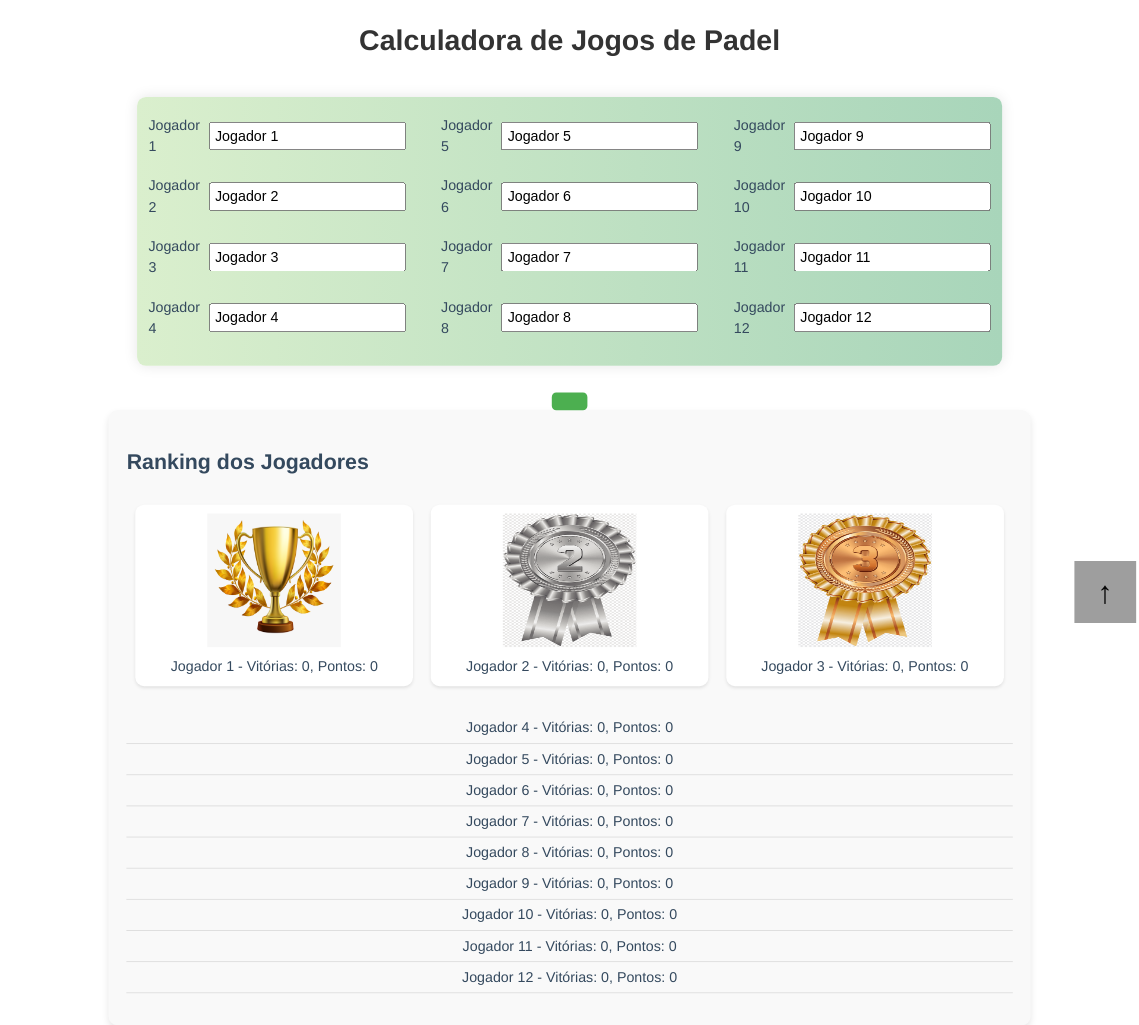
Repository: MarcioMiguel22/PadelMaster
Page: /calculadora
The author's editor kept a copy of each file at every save. The page is drawn from the files as they stood at one save, then again after the next save.
The browser window is 1280 px wide. The pictures show the whole page, at 89% of full size.
Pictures or frames that could not be fetched are drawn as grey boxes. The project was rebuilt for these pictures with package versions that can differ from the ones it lists, and the page was loaded fresh each time. Also part of the build but not shown: vite.config.ts, src/pages/Home/Home.tsx, src/components/components_calculadora/Campo.tsx, src/components/components_calculadora/Jogo.tsx, src/pages/Player/playerComponent.tsx, src/index.css.

Above is the page before, as saved 2024-06-16 09:42:09.

After the next save:
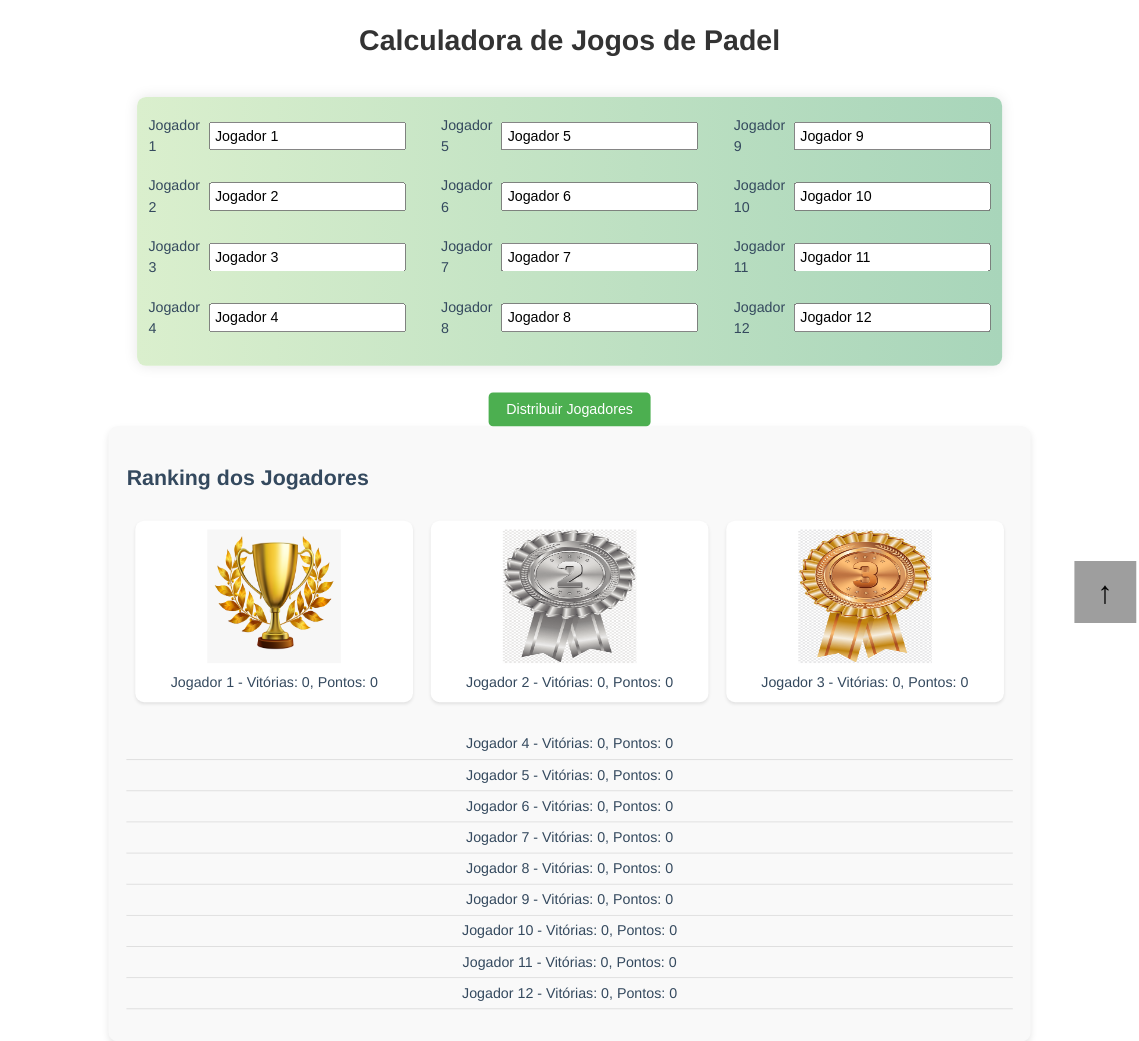
Saved 20 s later.
--- a/src/pages/Calculadora/Calculadora.tsx
+++ b/src/pages/Calculadora/Calculadora.tsx
@@ -117,9 +117,7 @@ const CalculadoraApp: React.FC = () => {
       <div className="main-content">
         <JogadoresLista jogadores={jogadores} handleNomeChange={handleNomeChange} />
         <div className="fields-container">
-          <div className="button-container">
-            <button onClick={distribuirJogadores} className="distribute-button"></button>
-          </div>
+          <button onClick={distribuirJogadores} className="distribute-button">Distribuir Jogadores</button>
           {jogos.map((jogo, jogoIndex) => (
             <Jogo
               key={jogoIndex}
@@ -132,9 +130,7 @@ const CalculadoraApp: React.FC = () => {
           ))}
         </div>
         {jogos.length > 0 && jogos.length < 5 && (
-          <div className="button-container">
-            <button onClick={() => iniciarProximoJogo(jogos, setJogos)} className="distribute-button"></button>
-          </div>
+          <button onClick={() => iniciarProximoJogo(jogos, setJogos)} className="distribute-button">Jogo {jogos.length + 1}</button>
         )}
         <ScrollToTopButton />
         <Ranking jogadoresClassificados={jogadoresClassificados} />
